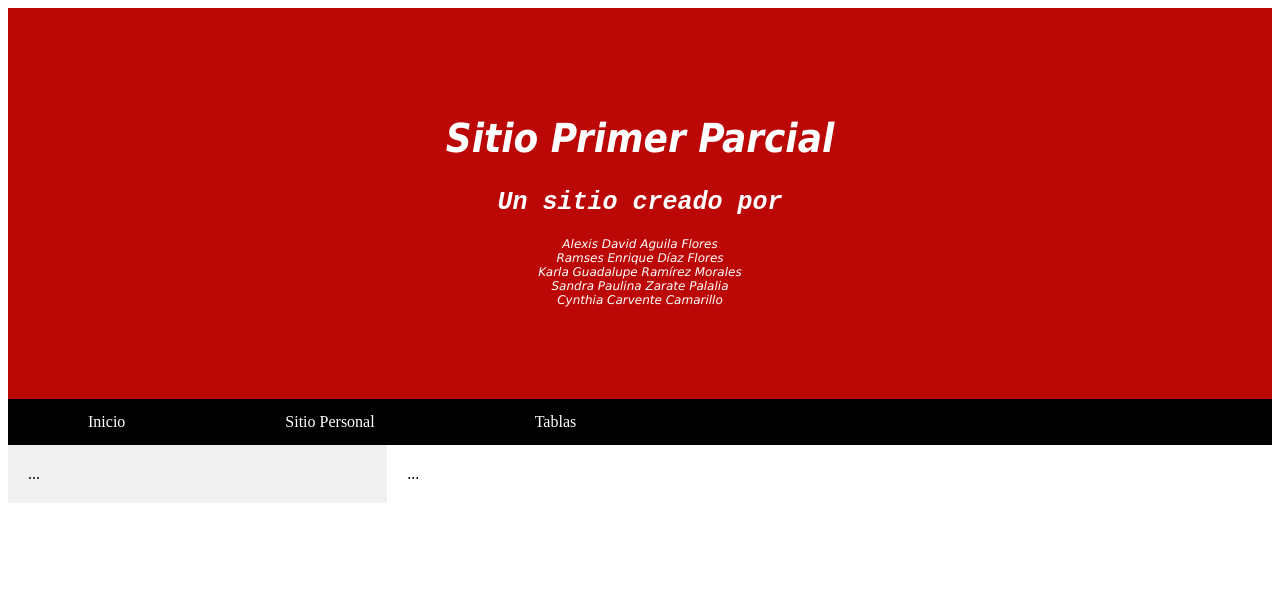
Repository: Dogueen/miniProyectoUniversidad
Page: miniProyecto/miniProyecto.html
The author's editor kept a copy of each file at every save. The page is drawn from the files as they stood at one save, then again after the next save.
The browser window is 1280 px wide. The pictures show the whole page.

Above is the page before, as saved 2023-10-27 17:22:58.

After the next save:
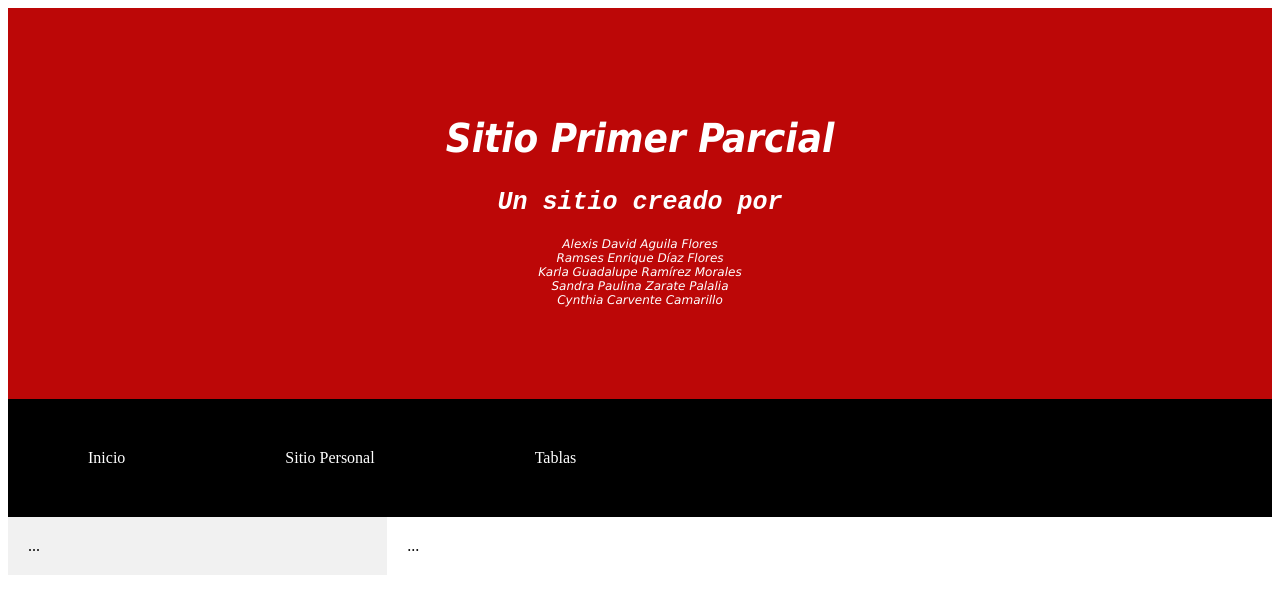
Saved 30 s later.
--- a/miniProyecto/styles/styles.css
+++ b/miniProyecto/styles/styles.css
@@ -53,7 +53,7 @@
     /* White text color */
     text-align: center;
     /* Center the text */
-    padding: 14px 80px;
+    padding: 50px 80px;
     /* Add some padding */
     text-decoration: none;
     /* Remove underline */
